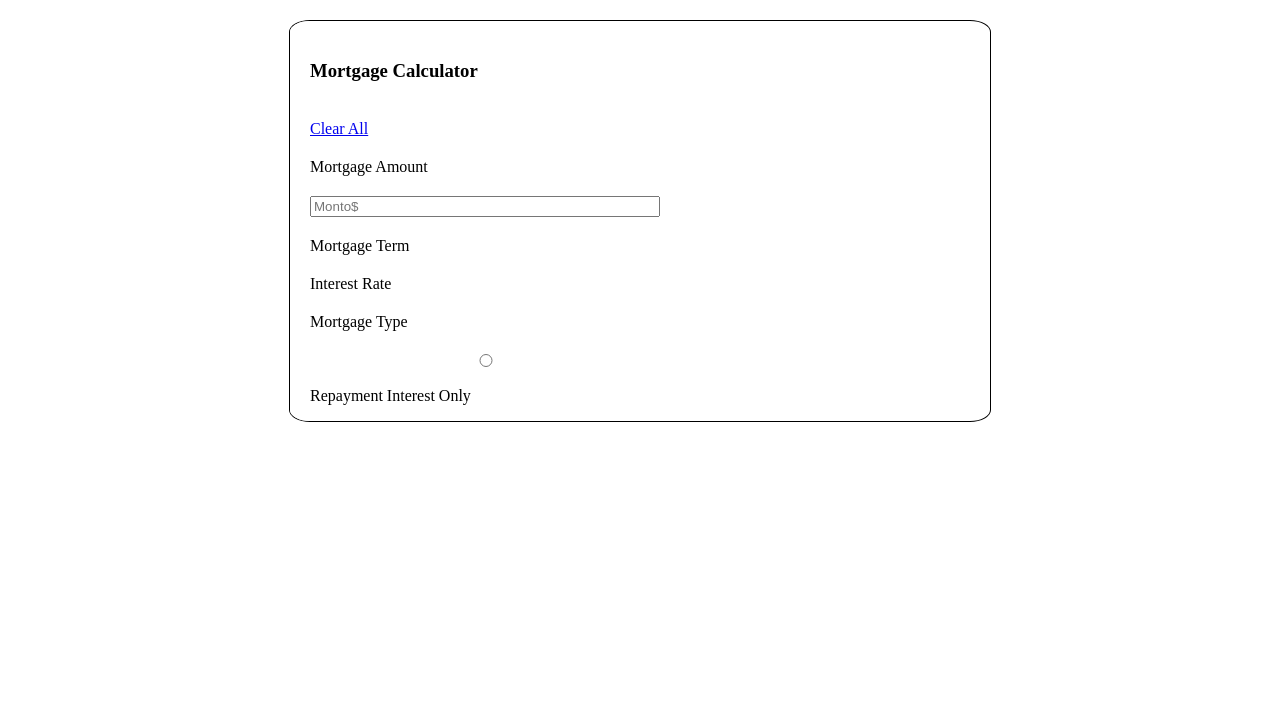
Repository: GravielPV/Mortgage-repayment-calculator
Page: index.html
An editor plug-in stored every save of this project. The page is shown before and after the next save, followed by the edit.
The browser window is 1280 px wide. The pictures show the whole page.

Above is the page before, as saved 2025-12-11 16:55:52.

### index.html
<!DOCTYPE html>
<html lang="en">
<head>
  <meta charset="UTF-8">
  <meta name="viewport" content="width=device-width, initial-scale=1.0"> <!-- displays site properly based on user's device -->

  <link rel="icon" type="image/png" sizes="32x32" href="./assets/images/favicon-32x32.png">
  <link rel="stylesheet" href="styles.css">
  <title>Frontend Mentor | Mortgage repayment calculator</title>


</head>
<body>
  <div class="carta">

    <div class="lado izquierdo">

 <h3> Mortgage Calculator </h3>
  <a href="#">Clear All</a>

  <label for="mortgage">Mortgage Amount</label>
<input type="text" name="mortgage" id="input-mortgage" placeholder="Monto$">
<label for="">Mortgage Term</label>
<label for=""> Interest Rate</label>
  <label for="">Mortgage Type</label>
  <input type="radio">
  Repayment
  Interest Only
    </input>
  <div class="boton">

    <button>Calculate Repayments</button>
  </div>

  <!-- Empty results start -->

  <div class="lado derecho">

  Results shown here

  Complete the form and click “calculate repayments” to see what
  your monthly repayments would be.
  </div>

  <!-- Empty results end -->

  <!-- Completed results start -->

  <div class="resultado">
  Your results

  Your results are shown below based on the information you provided.
  To adjust the results, edit the form and click “calculate repayments” again.

  Your monthly repayments

  Total you'll repay over the term
  </div>

  </div>

  <!-- Completed results end -->

</body>
</html>

### styles.css
.carta{
    width: 700px;
    height: 400px;
display: flex;
margin: 20px auto;
border-radius: 3%;
border: 1px solid rgb(0, 0, 0);
 overflow: hidden;
}

.lado{
    width: 50%;
    display: flex;
    flex-direction: column;
    gap: 20px;
    padding: 20px;


}

.izquierdo{
display: flex;
    background-color: rgb(255, 255, 255);
}

.derecho{

    background-color: hsl(202, 55%, 16%);
    color: white;
}

.resultado{
    display: none;
}

After the next save:
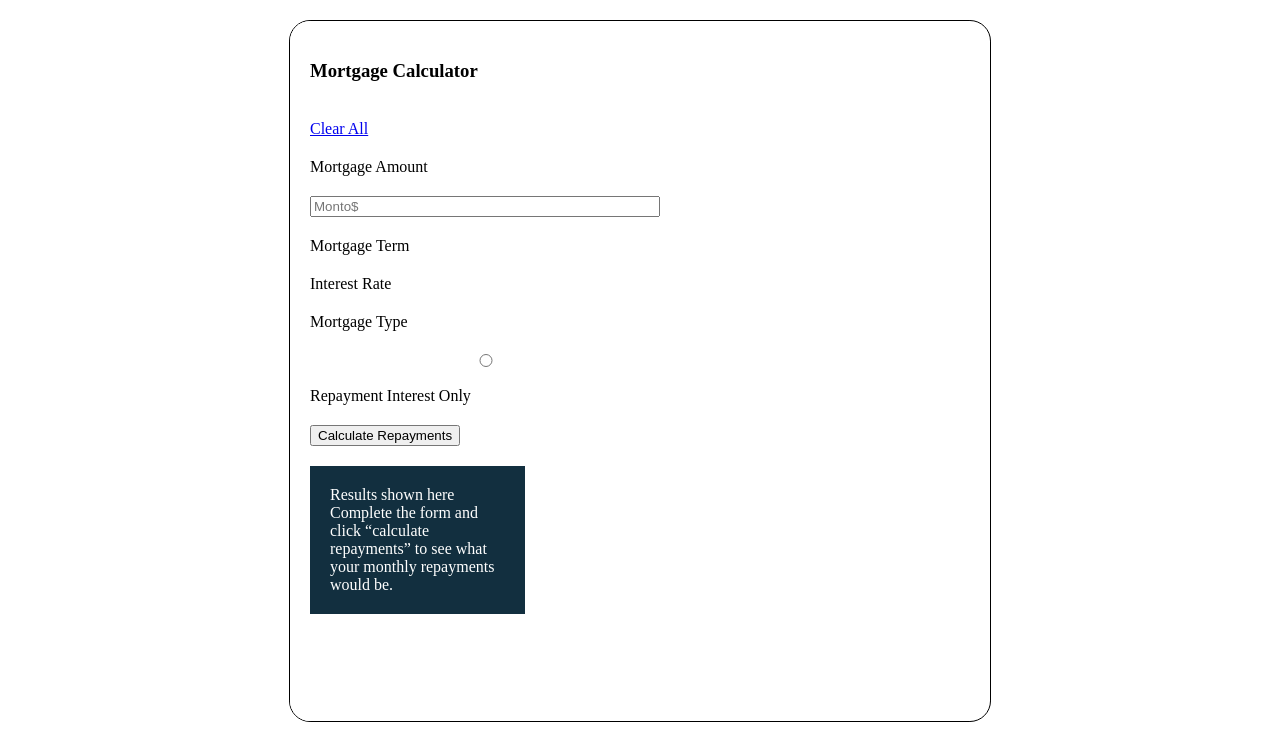
Saved 9 s later.
--- a/styles.css
+++ b/styles.css
@@ -1,6 +1,6 @@
 .carta{
     width: 700px;
-    height: 400px;
+    height: 700px;
 display: flex;
 margin: 20px auto;
 border-radius: 3%;
